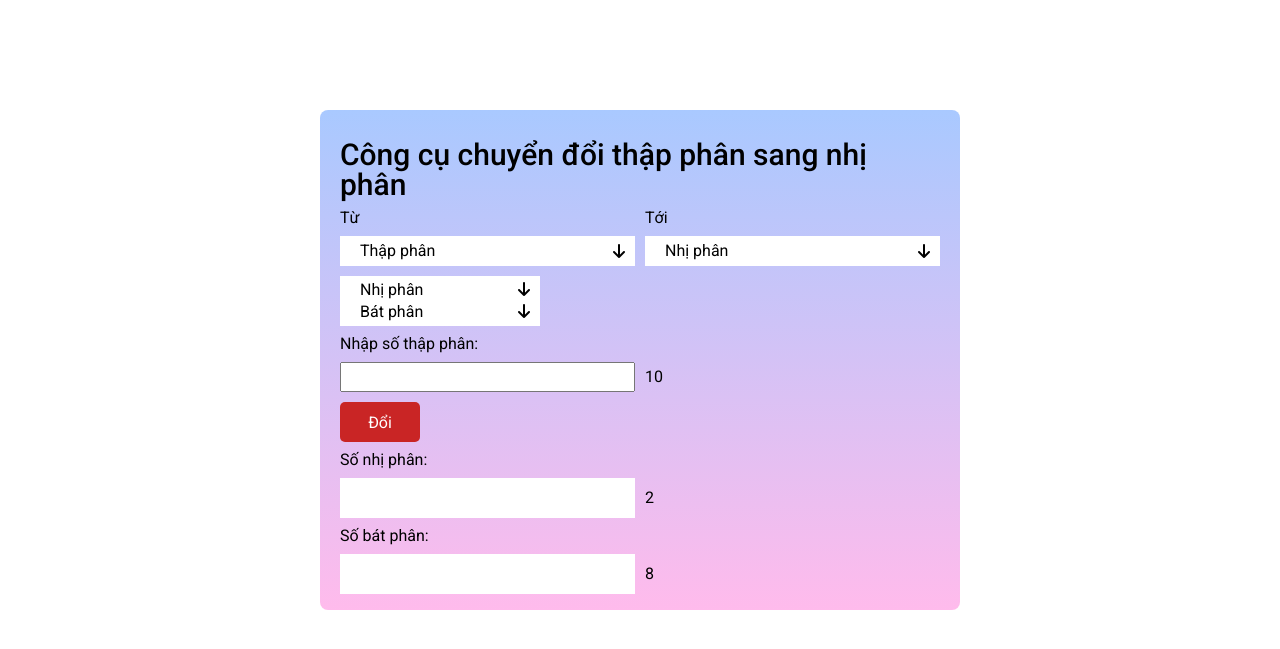
Repository: thuanpham00/covertNumber
Page: index.html
The author's editor kept a copy of each file at every save. The page is drawn from the files as they stood at one save, then again after a run of saves.
The browser window is 1280 px wide. The pictures show the whole page.
Some web libraries are served in a nearby version. The style sheet was rebuilt from its Sass, Less or Tailwind sources for each picture, by a compiler version that may differ from the author's.

Above is the page before, as saved 2023-11-05 16:45:42.
Console error: TypeError: Cannot read properties of null (reading 'addEventListener')

After the next 2 saves:
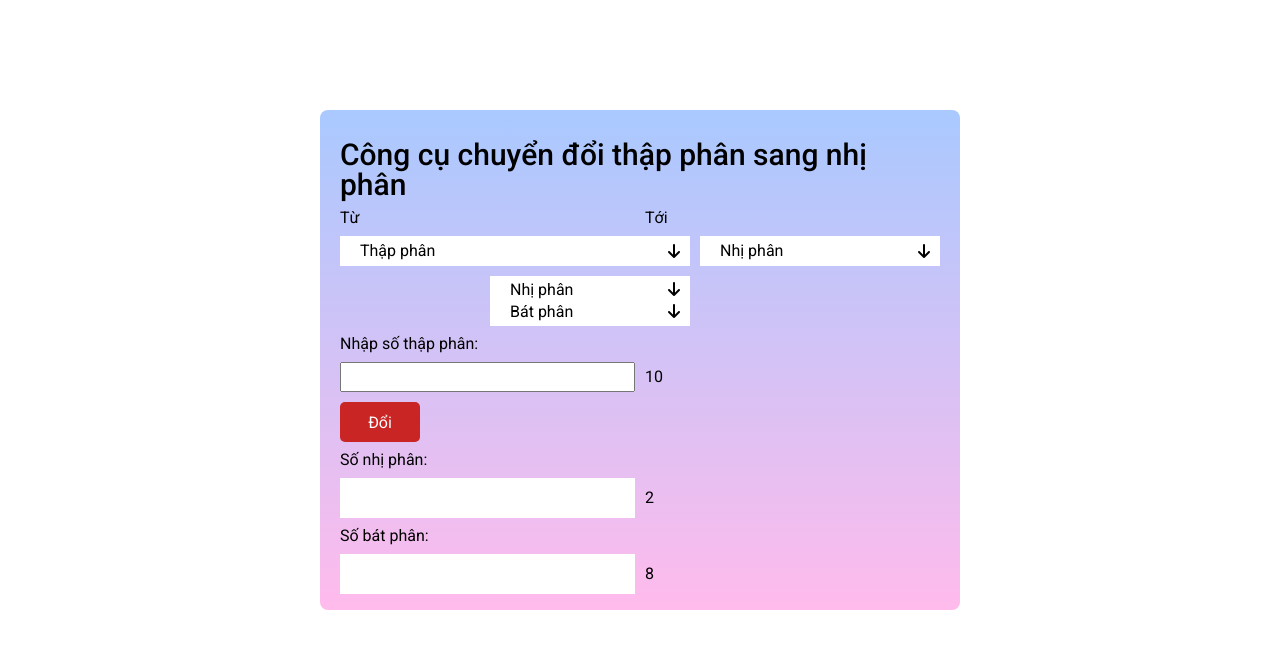
The 2 saves are shown as one change because they came seconds apart.
The last was saved 11 s later.
--- a/scss/main.scss
+++ b/scss/main.scss
@@ -222,6 +222,7 @@ button {
 }
 
 .list {
+    margin-left: 150px;
     margin-top: 10px;
     height: 50px;
     width: 200px;
